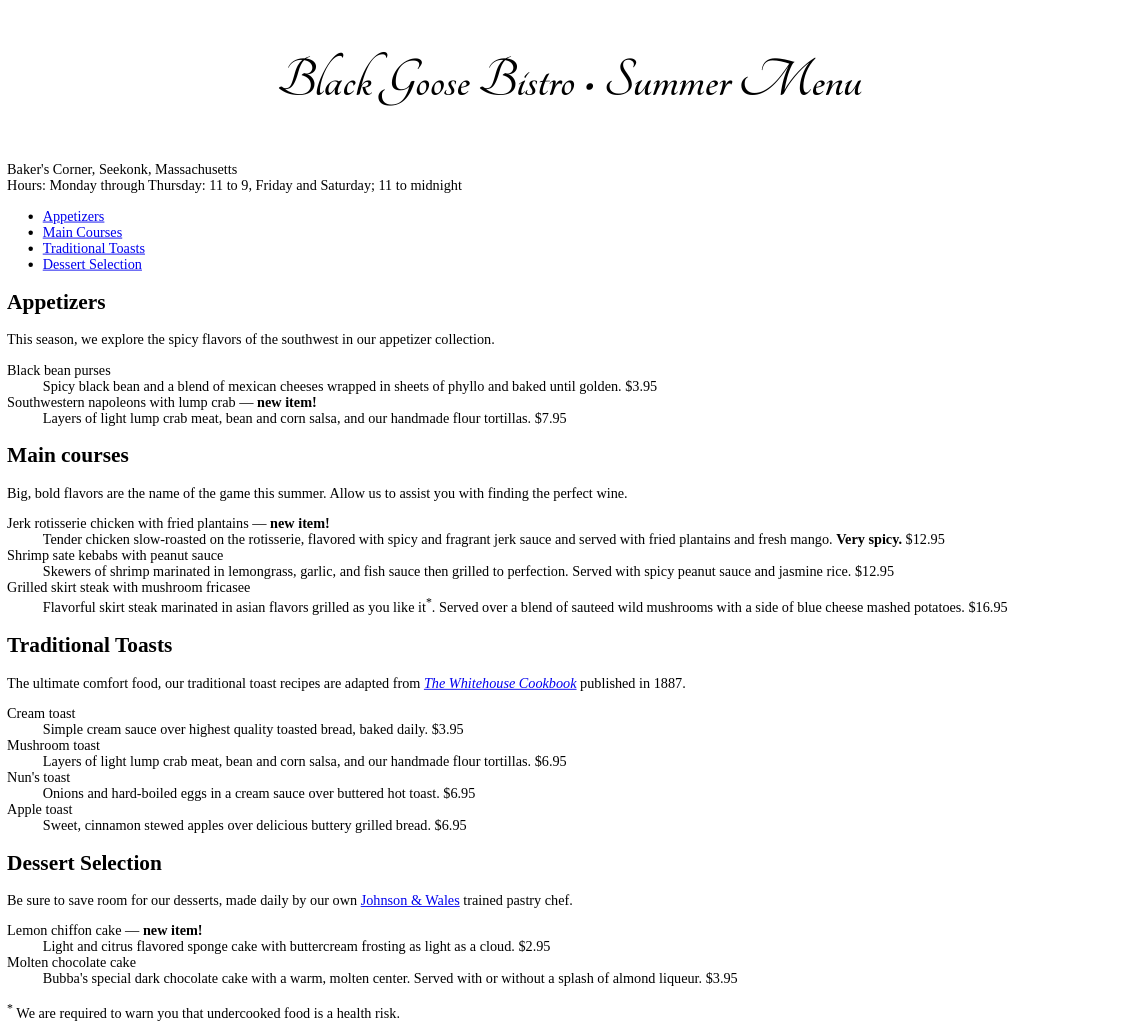
Repository: Colo-Codes/code-practice
Page: 02-css-practice-4.html
The author's editor kept a copy of each file at every save. The page is drawn from the files as they stood at one save, then again after the next save.
The browser window is 1280 px wide. The pictures show the whole page, at 89% of full size.
Some web fonts or font styles are not loaded; a fallback is used.

Above is the page before, as saved 2021-05-07 09:07:11.

After the next save:
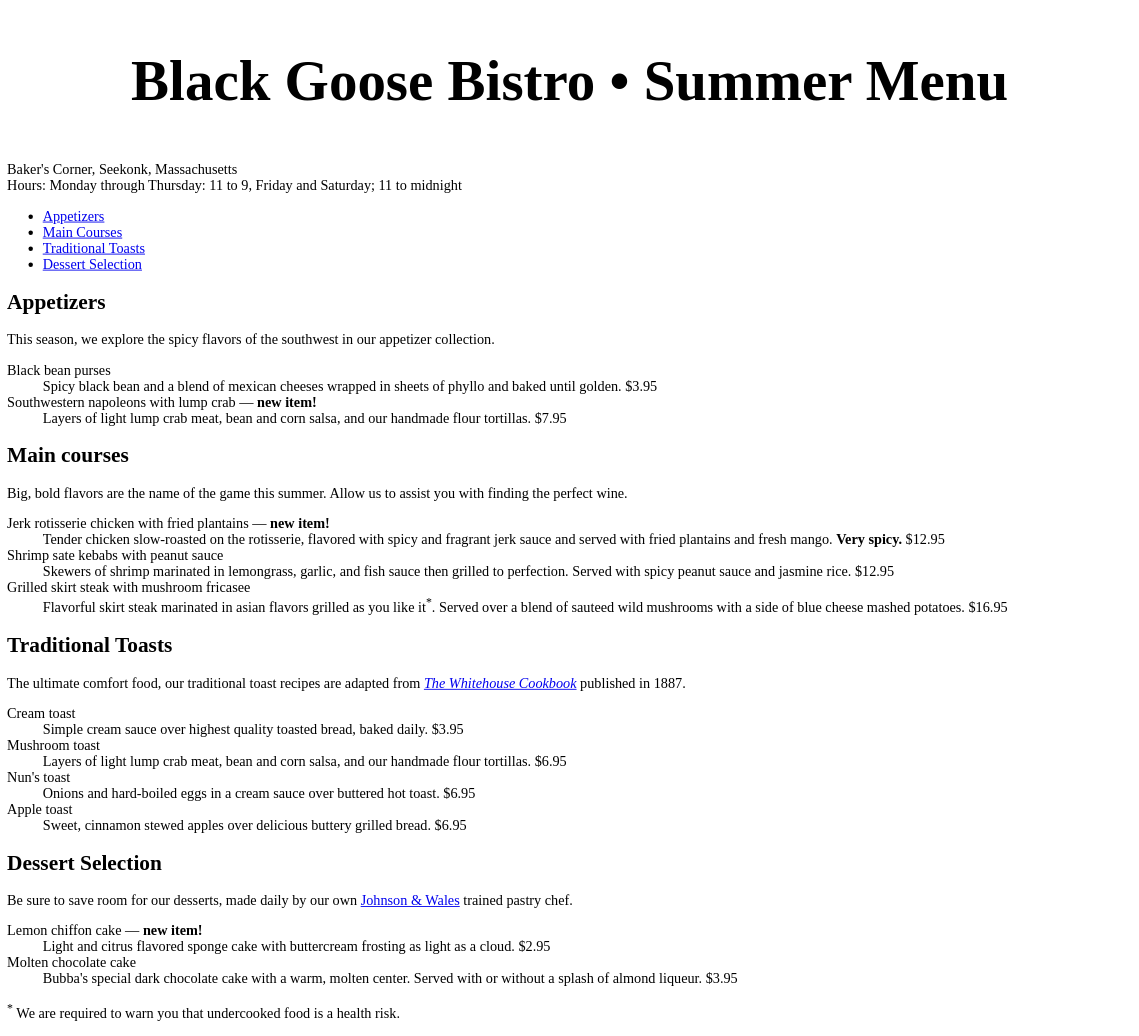
Saved 32 s later.
--- a/02-css-practice-4.html
+++ b/02-css-practice-4.html
@@ -17,7 +17,7 @@
         }
         header > h1 {
             /* Sexy Vulcan With Smooth Happy Feet: Style Variant Weight Size lHeight Family */
-            font: bold 4em/1.5 Tangerine, "Times New Roman", serif;
+            font: bold 4em/1.5 "Times New Roman", serif;
             text-align: center;
         }
     </style>

After the 2 saves that followed:
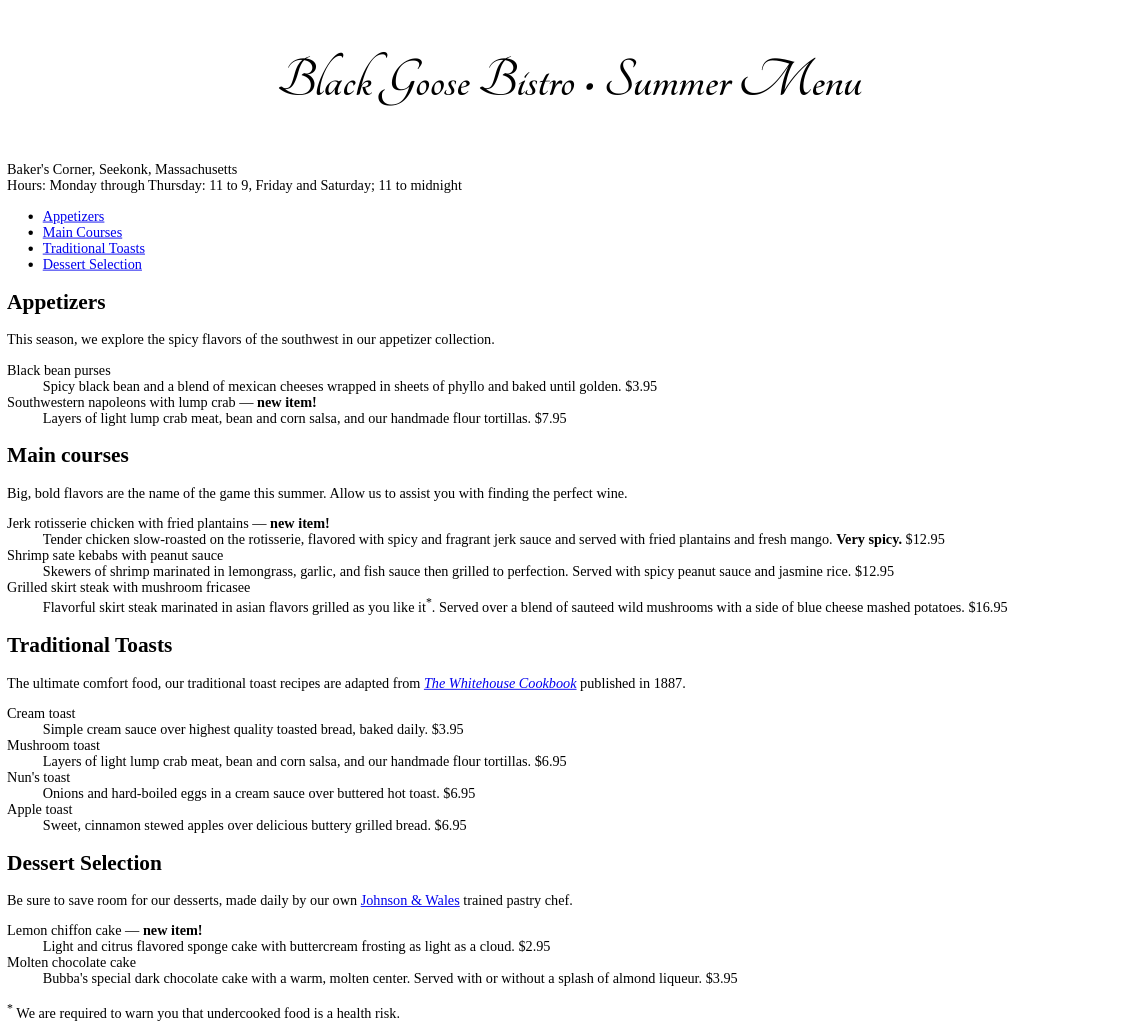
The 2 saves are shown as one change because 1 left the picture as it was.
The last was saved 9 s later.
--- a/02-css-practice-4.html
+++ b/02-css-practice-4.html
@@ -17,7 +17,7 @@
         }
         header > h1 {
             /* Sexy Vulcan With Smooth Happy Feet: Style Variant Weight Size lHeight Family */
-            font: bold 4em/1.5 "Times New Roman", serif;
+            font: bold 4em/1.5 Tangerine, "Times New Roman", serif;
             text-align: center;
         }
     </style>
